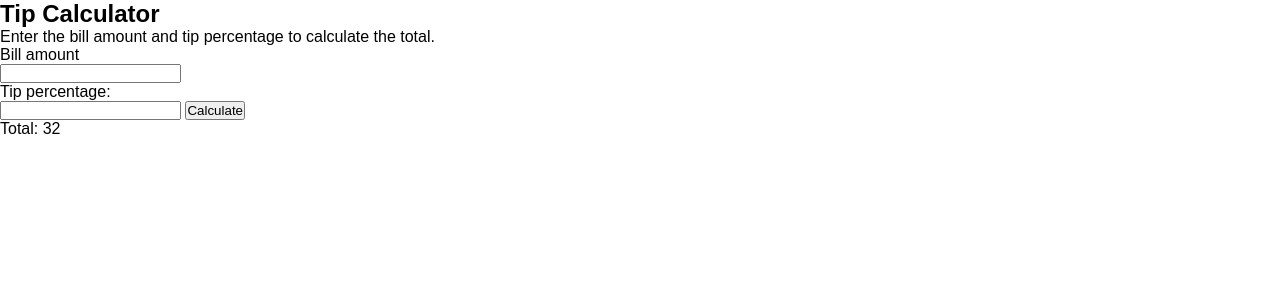
Repository: Ankitkr2021/Tip-Calculator
Page: index.html
An editor plug-in stored every save of this project. The page is shown before and after the next save, followed by the edit.
The browser window is 1280 px wide. The pictures show the whole page.

Above is the page before, as saved 2025-10-27 10:48:11.

### index.html
<!DOCTYPE html>
<html lang="en">
<head>
    <meta charset="UTF-8">
    <meta name="viewport" content="width=device-width, initial-scale=1.0">
    <title>Tip Calculator</title>
    <link rel="stylesheet" href="./style.css">
</head>
<body>
    <div class="box">
        <h2>Tip Calculator</h2>
        <p>Enter the bill amount and tip percentage to calculate the total.</p>
        <p>Bill amount</p>
        <input type="number">
        <p>Tip percentage:</p>
        <input type="number">
        <button>Calculate</button>
        <p>Total: <span>32</span></p>
    </div>
</body>
</html>

### style.css
*{
    margin: 0;
    padding: 0;
    box-sizing: border-box;
    font-family: "Poppins",sans-serif;
}

After the next save:
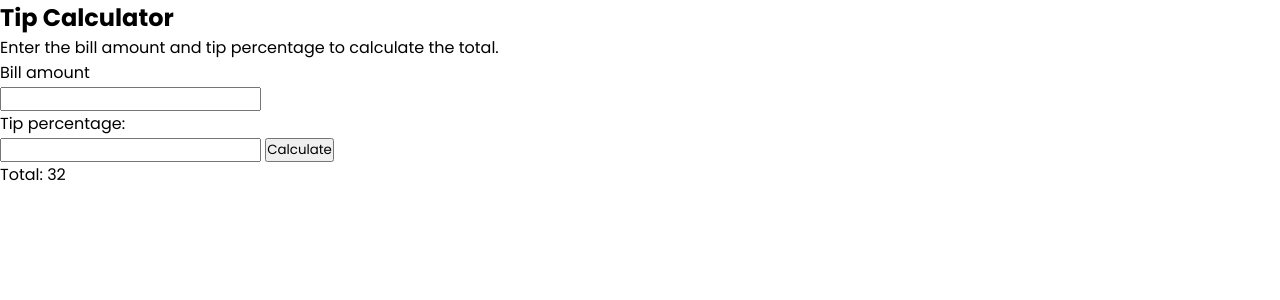
Saved 32 s later.
--- a/style.css
+++ b/style.css
@@ -1,3 +1,5 @@
+@import url('https://fonts.googleapis.com/css2?family=Poppins:wght@300;400;500;600;700&display=swap');
+
 *{
     margin: 0;
     padding: 0;
